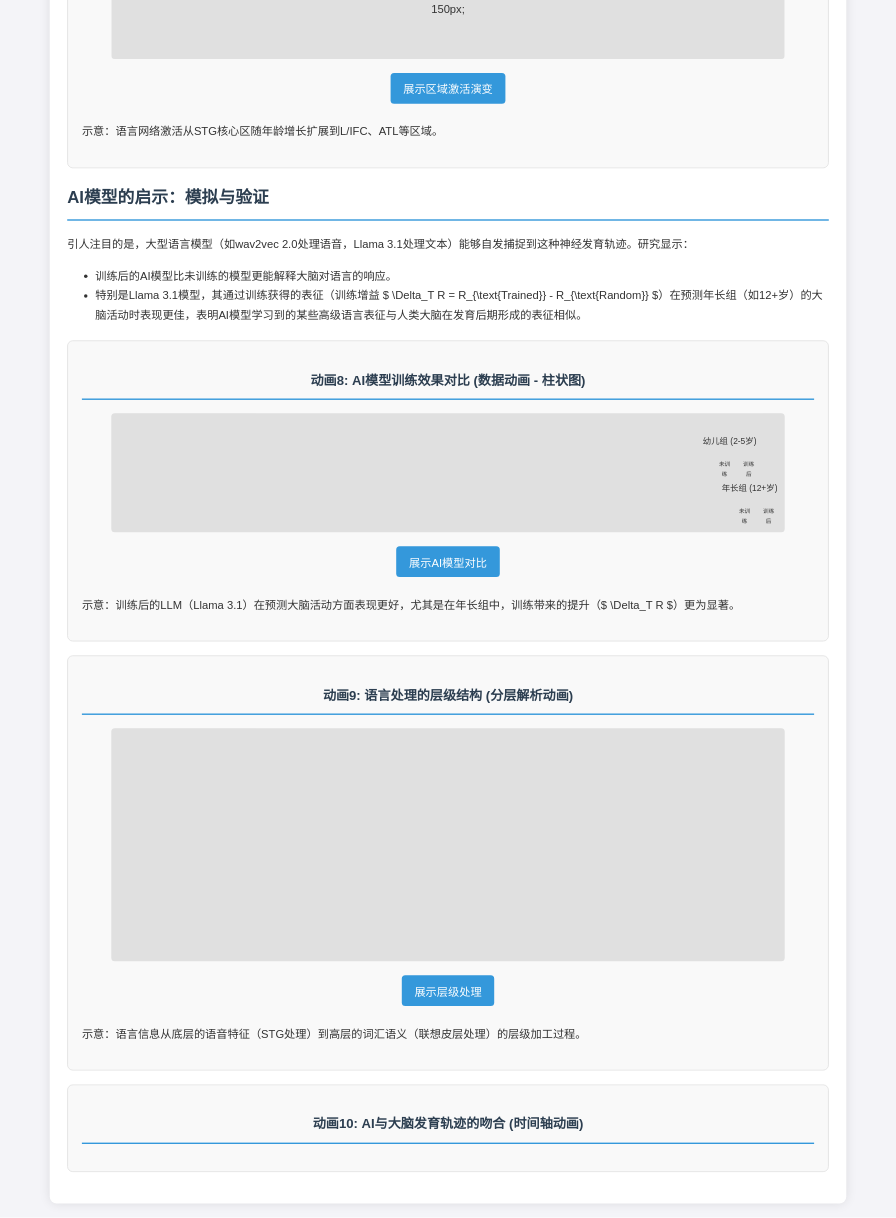
Repository: james130012/newcline
Page: useful/5.神经网络和年长大脑.html
These files come from the project's save history. The page is drawn as it stood at one moment and after the next save; the edit follows.
The browser window is 1280 px wide. The pictures show the part of the page from y = 3975 to 5895 px (the page is 5715 px tall before and 5895 px after), at 70% of full size.

Above is the page before, as saved 2025-05-16 08:05:17.

### useful/5.神经网络和年长大脑.html
<!DOCTYPE html>
<html lang="zh-CN">
<head>
    <meta charset="UTF-8">
    <meta name="viewport" content="width=device-width, initial-scale=1.0">
    <title>研究解读：语言在发育中大脑的涌现</title>
    <script src="https://unpkg.com/mathjax@3/es5/tex-mml-chtml.js" id="MathJax-script" async></script>
    <style>
        body {
            font-family: 'Arial', 'Helvetica Neue', 'Microsoft YaHei', sans-serif;
            line-height: 1.8;
            margin: 0;
            padding: 0;
            background-color: #f4f4f8;
            color: #333;
        }
        .container {
            width: 85%;
            margin: 20px auto;
            padding: 25px;
            background-color: #fff;
            box-shadow: 0 0 15px rgba(0,0,0,0.1);
            border-radius: 10px;
        }
        h1, h2, h3 {
            color: #2c3e50;
            border-bottom: 2px solid #3498db;
            padding-bottom: 10px;
        }
        h1 { text-align: center; }
        p { text-align: justify; }
        .animation-container {
            border: 1px solid #ddd;
            padding: 20px;
            margin: 20px 0;
            border-radius: 8px;
            background-color: #f9f9f9;
            text-align: center;
        }
        .animation-box {
            width: 90%;
            min-height: 150px;
            background-color: #e0e0e0;
            margin: 10px auto;
            padding:10px;
            border-radius: 5px;
            display: flex;
            align-items: center;
            justify-content: center;
            flex-direction: column;
            position: relative;
            overflow: hidden;
        }
        button {
            background-color: #3498db;
            color: white;
            border: none;
            padding: 10px 18px;
            text-align: center;
            text-decoration: none;
            display: inline-block;
            font-size: 16px;
            margin: 10px 5px;
            cursor: pointer;
            border-radius: 5px;
            transition: background-color 0.3s ease;
        }
        button:hover {
            background-color: #2980b9;
        }
        .hidden { display: none; }
        .fade-in { animation: fadeIn 1s ease-in-out; }
        @keyframes fadeIn {
            from { opacity: 0; }
            to { opacity: 1; }
        }
        .brain-outline {
            width: 100px;
            height: 100px;
            background-image: url('data:[embedded picture, 957 characters]');
            background-repeat: no-repeat;
            background-position: center;
            background-size: contain;
        }
        .sound-wave {
            width: 30px;
            height: 50px;
            background-image: url('data:[embedded picture, 235 characters]');
            animation: pulse 1.5s infinite;
            opacity: 0;
        }
        @keyframes pulse {
            0%, 100% { transform: scale(1); }
            50% { transform: scale(1.2); }
        }
        @keyframes pop-in {
            from { transform: scale(0); opacity: 0; }
            to { transform: scale(1); opacity: 1; }
        }
        .bar-chart-bar {
            background-color: #3498db;
            margin: 0 5px;
            display: inline-block;
            transition: height 1s ease-in-out;
            width: 30px;
            position: relative;
        }
        .bar-label {
            position: absolute;
            bottom: -20px;
            width: 100%;
            text-align: center;
            font-size: 10px;
        }
        .process-step {
            margin: 5px;
            padding: 10px;
            border: 1px solid #ccc;
            border-radius: 4px;
            display: inline-block;
            opacity: 0;
            transform: translateX(-20px);
            transition: opacity 0.5s, transform 0.5s;
        }
        .arrow {
            font-size: 20px;
            margin: 0 10px;
            opacity: 0;
            transition: opacity 0.5s 0.3s;
        }
        .flow-box {
            padding: 15px;
            border: 2px dashed #2ecc71;
            margin:10px;
            border-radius:5px;
            width:40%;
            text-align:center;
        }
        .line-graph-point {
            width: 8px;
            height: 8px;
            border-radius: 50%;
            position: absolute;
            background-color: red;
            opacity:0;
        }
        .legend-item {
            display:inline-block;
            margin-right:15px;
            font-size:12px;
        }
        .legend-color {
            width:12px;
            height:12px;
            display:inline-block;
            margin-right:5px;
            vertical-align:middle;
        }
        .brain-region {
            position:absolute;
            border:1px solid;
            border-radius:50%;
            padding:5px;
            font-size:10px;
            text-align:center;
            transition: background-color 0.5s, transform 0.5s;
        }
        .stg {
            top:40%;
            left:20%;
            width:30px;
            height:30px;
            background-color:#f39c12;
            border-color:#d35400;
        }
        .assoc-cortex {
            top:20%;
            left:50%;
            width:50px;
            height:50px;
            background-color:#3498db;
            border-color:#2980b9;
        }
        .hier-level {
            margin: 10px;
            padding: 10px;
            background-color: #ecf0f1;
            border-radius: 4px;
            border-left: 5px solid;
            transition: transform 0.5s, opacity 0.5s;
        }
        .phoneme-level { border-color: #e74c3c; }
        .word-level { border-color: #2ecc71; }
        .timeline {
            display: flex;
            justify-content: space-between;
            margin-top:10px;
            padding: 0 10%;
        }
        .timeline-event {
            opacity: 0;
            transition: opacity 1s;
            background-color: #95a5a6;
            color:white;
            padding:5px;
            border-radius:3px;
            font-size:12px;
        }
    </style>
</head>
<body>
    <div class="container">
        <h1>研究解读：语言在发育中大脑的涌现</h1>
        <p>本文基于 Linnea Evanson 等人于2025年5月12日发表的研究《Emergence of Language in the Developing Brain》，从物理和逻辑层面探讨儿童、青少年及成人在语言发展过程中大脑神经机制的奥秘。</p>

        <h2>引言：语言习得的奇迹</h2>
        <p>儿童仅凭数百万词汇的输入便能掌握复杂的语言，这一能力令人惊叹，但其背后的大脑机制仍有许多未知。该研究通过先进的神经科学技术和计算模型，旨在揭示语言表征在不同年龄段大脑中的位置、动态及其发展层级。</p>

        <div class="animation-container">
            <h3>动画1: 研究核心探索 (概念动画)</h3>
            <div class="animation-box" id="anim1-box">
                <div class="brain-outline" id="anim1-brain"></div>
                <div class="sound-wave" id="anim1-sound" style="left: 20%;"></div>
                <div id="anim1-text" class="word-bubble hidden" style="margin-top:10px;">大脑如何处理和学习语言？</div>
            </div>
            <button onclick="playAnim1()">播放动画</button>
            <p>示意：声波进入大脑，大脑特定区域被激活，展现语言处理过程。</p>
        </div>

        <h2>研究方法：多维度解析</h2>
        <p>研究团队记录了46名因癫痫监测而植入颅内电极的参与者（年龄从2岁到46岁不等）在聆听法语有声书《小王子》时的神经活动数据，涉及超过7400个电极。他们运用了基于语言学理论和大型语言模型（LLMs）的神经编码与解码模型来分析这些数据。</p>

        <div class="animation-container">
            <h3>动画2: 被试年龄分布 (数据动画)</h3>
            <div class="animation-box" id="anim2-box" style="display:flex; align-items:flex-end; height:120px;">
                <div id="bar_2_5" class="bar-chart-bar" style="height:0px; background-color:#1abc9c;"><span class="bar-label">2-5岁 (n=10)</span></div>
                <div id="bar_6_11" class="bar-chart-bar" style="height:0px; background-color:#3498db;"><span class="bar-label">6-11岁 (n=16)</span></div>
                <div id="bar_12_plus" class="bar-chart-bar" style="height:0px; background-color:#9b59b6;"><span class="bar-label">12+岁 (n=20)</span></div>
            </div>
            <button onclick="playAnim2()">展示数据</button>
            <p>示意：柱状图展示三个年龄组的被试数量。2-5岁组有10名参与者，6-11岁组有16名，12岁以上组有20名。</p>
        </div>

        <div class="animation-container">
            <h3>动画3: 实验流程示意 (流程动画)</h3>
            <div class="animation-box" id="anim3-box">
                <span id="anim3-step1" class="process-step">儿童/成人被试</span>
                <span id="anim3-arrow1" class="arrow">&rarr;</span>
                <span id="anim3-step2" class="process-step">听《小王子》有声书</span>
                <span id="anim3-arrow2" class="arrow">&rarr;</span>
                <span id="anim3-step3" class="process-step">颅内脑电(SEEG)记录</span>
            </div>
            <button onclick="playAnim3()">展示流程</button>
            <p>示意：被试听故事，同时记录其大脑神经活动。</p>
        </div>

        <div class="animation-container">
            <h3>动画4: 神经编码与解码模型 (概念/流程动画)</h3>
            <div class="animation-box" id="anim4-box" style="flex-direction: row; justify-content: space-around;">
                <div id="anim4-encoding" class="flow-box hidden">
                    <h4>编码 (Encoding)</h4>
                    语言特征 &rarr; 模型 &rarr; 预测大脑活动
                    <p style="font-size:12px;">$ \text{预测脑活动} \approx W \cdot \overline{Y}_{\text{语言特征}} $</p>
                    <p style="font-size:10px;">目标: $ \min_W ||X - \overline{Y}W||^2 + \lambda_c ||W||^2 $</p>
                </div>
                <div id="anim4-decoding" class="flow-box hidden">
                    <h4>解码 (Decoding)</h4>
                    大脑活动 &rarr; 模型 &rarr; 预测语言特征
                    <p style="font-size:12px;">$ \text{预测语言特征} \approx V \cdot \overline{X}_{\text{脑活动}} $</p>
                </div>
            </div>
            <button onclick="playAnim4('encoding')">理解编码</button>
            <button onclick="playAnim4('decoding')">理解解码</button>
            <p>示意：编码是将语言特征映射到大脑活动，解码则相反。</p>
        </div>

        <h2>核心发现：语言表征的动态发展</h2>
        <p>研究发现，即便在2-5岁的幼儿大脑中，也已存在广泛的语言特征表征。然而，这些表征会随着年龄增长而演化：</p>
        <ul>
            <li><b>快速语音特征（如音素）</b>：在最年幼的个体（2-5岁）的颞上回（STG）就已出现。</li>
            <li><b>较慢的词级表征</b>：仅在年龄较大的个体（如12岁以上）的联想皮层中才涌现。</li>
        </ul>

        <div class="animation-container">
            <h3>动画5: 语音与词汇表征的年龄差异 (空间结构动画)</h3>
            <div class="animation-box" id="anim5-box">
                <div style="text-align:center; margin-bottom:10px;">
                    <span class="legend-item"><span class="legend-color" style="background-color:#f39c12;"></span>语音表征 (STG)</span>
                    <span class="legend-item"><span class="legend-color" style="background-color:#3498db;"></span>词汇表征 (联想皮层)</span>
                </div>
                <div id="anim5-brain-young" class="brain-outline" style="display:inline-block; margin-right:20px; position:relative;">
                    <div class="brain-region stg" id="anim5-young-phonetic" style="opacity:0;"></div>
                    <div class="brain-region assoc-cortex" id="anim5-young-word" style="opacity:0; background-color:#aed6f1;"></div>
                    <p style="font-size:12px; margin-top:105px;">2-5岁</p>
                </div>
                <div id="anim5-brain-older" class="brain-outline" style="display:inline-block; position:relative;">
                    <div class="brain-region stg" id="anim5-older-phonetic" style="opacity:0;"></div>
                    <div class="brain-region assoc-cortex" id="anim5-older-word" style="opacity:0;"></div>
                    <p style="font-size:12px; margin-top:105px;">12+岁</p>
                </div>
            </div>
            <button onclick="playAnim5()">对比表征区域</button>
            <p>示意：幼儿的颞上回（STG）已处理语音，而词汇表征在年长者联想皮层更显著。</p>
        </div>

        <p>在时间动态上，语音特征的神经响应在音素出现前即开始，约150毫秒达到峰值后迅速回落。相比之下，词汇特征的神经响应在词语出现前1秒便开始上升，约350毫秒达到峰值，并持续长达2秒。</p>

        <div class="animation-container">
            <h3>动画6: 语言特征的时间动态 (数据动画 - 曲线图)</h3>
            <div class="animation-box" id="anim6-box" style="height:150px;">
                <svg width="90%" height="130" style="border:1px solid #ccc; background-color:white;">
                    <line x1="10" y1="110" x2="280" y2="110" stroke="black" stroke-width="1"/>
                    <line x1="10" y1="10" x2="10" y2="110" stroke="black" stroke-width="1"/>
                    <polyline id="anim6-phonetic-curve" points="" stroke="#e74c3c" stroke-width="2" fill="none" style="opacity:0;"/>
                    <polyline id="anim6-lexical-curve" points="" stroke="#2980b9" stroke-width="2" fill="none" style="opacity:0;"/>
                    <text x="50" y="125" font-size="10">0ms</text>
                    <text x="100" y="125" font-size="10">150ms</text>
                    <text x="150" y="125" font-size="10">350ms</text>
                    <text x="200" y="125" font-size="10">~1s</text>
                </svg>
                <div style="text-align:center; margin-top:5px;">
                    <span class="legend-item"><span class="legend-color" style="background-color:#e74c3c;"></span>语音特征</span>
                    <span class="legend-item"><span class="legend-color" style="background-color:#2980b9;"></span>词汇特征</span>
                </div>
            </div>
            <button onclick="playAnim6()">展示时间曲线</button>
            <p>示意：语音特征响应快而短暂，词汇特征响应慢而持久。</p>
        </div>

        <p>从大脑区域来看，语言表征网络随着年龄增长而扩展。年幼组（2-5岁）在颞上回（STG）有清晰的语言表征，但在顶下小叶（IPL）、外侧/额下皮层（L/IFC）和颞前叶（ATL）的表征相较于年长组则不明显或缺失。这表明语言功能从核心区域逐渐扩展到更广泛的皮层网络。</p>

        <div class="animation-container">
            <h3>动画7: 大脑区域贡献的演变 (网络/空间动画)</h3>
            <div class="animation-box" id="anim7-box" style="background-image: url('data:[embedded picture, 914 characters]');
                background-repeat: no-repeat;
                background-position: center;
                background-size: contain;
                position: relative;
                height: 150px;
            </div>
            <div id="anim7-status" style="position:absolute; top:5px; left:5px; font-size:14px; background:rgba(255,255,255,0.7); padding:3px;">年龄: 2-5岁</div>
            <button onclick="playAnim7()">展示区域激活演变</button>
            <p>示意：语言网络激活从STG核心区随年龄增长扩展到L/IFC、ATL等区域。</p>
        </div>

        <h2>AI模型的启示：模拟与验证</h2>
        <p>引人注目的是，大型语言模型（如wav2vec 2.0处理语音，Llama 3.1处理文本）能够自发捕捉到这种神经发育轨迹。研究显示：</p>
        <ul>
            <li>训练后的AI模型比未训练的模型更能解释大脑对语言的响应。</li>
            <li>特别是Llama 3.1模型，其通过训练获得的表征（训练增益 $ \Delta_T R = R_{\text{Trained}} - R_{\text{Random}} $）在预测年长组（如12+岁）的大脑活动时表现更佳，表明AI模型学习到的某些高级语言表征与人类大脑在发育后期形成的表征相似。</li>
        </ul>

        <div class="animation-container">
            <h3>动画8: AI模型训练效果对比 (数据动画 - 柱状图)</h3>
            <div class="animation-box" id="anim8-box" style="display:flex; align-items:flex-end; height:120px;">
                <div style="margin-right:30px;">
                    <p style="font-size:12px; margin-bottom:5px;">幼儿组 (2-5岁)</p>
                    <div id="bar_young_untrained" class="bar-chart-bar" style="height:0px; background-color:#f1c40f; width:20px;"><span class="bar-label" style="font-size:8px;">未训练</span></div>
                    <div id="bar_young_trained" class="bar-chart-bar" style="height:0px; background-color:#e67e22; width:20px;"><span class="bar-label" style="font-size:8px;">训练后</span></div>
                </div>
                <div>
                    <p style="font-size:12px; margin-bottom:5px;">年长组 (12+岁)</p>
                    <div id="bar_old_untrained" class="bar-chart-bar" style="height:0px; background-color:#f1c40f; width:20px;"><span class="bar-label" style="font-size:8px;">未训练</span></div>
                    <div id="bar_old_trained" class="bar-chart-bar" style="height:0px; background-color:#e67e22; width:20px;"><span class="bar-label" style="font-size:8px;">训练后</span></div>
                </div>
            </div>
            <button onclick="playAnim8()">展示AI模型对比</button>
            <p>示意：训练后的LLM（Llama 3.1）在预测大脑活动方面表现更好，尤其是在年长组中，训练带来的提升（$ \Delta_T R $）更为显著。</p>
        </div>

        <div class="animation-container">
            <h3>动画9: 语言处理的层级结构 (分层解析动画)</h3>
            <div class="animation-box" id="anim9-box">
                <div id="anim9-level1" class="hier-level phoneme-level" style="opacity:0;">输入: "猫" (语音信号)</div>
                <div id="anim9-arrow1" style="font-size:24px; margin:5px 0; opacity:0;">&darr;</div>
                <div id="anim9-level2" class="hier-level phoneme-level" style="opacity:0;">初级处理 (STG): 音素 /m/, /aʊ/</div>
                <div id="anim9-arrow2" style="font-size:24px; margin:5px 0; opacity:0;">&darr;</div>
                <div id="anim9-level3" class="hier-level word-level" style="opacity:0;">高级处理 (联想皮层): 词义 "猫"</div>
            </div>
            <button onclick="playAnim9()">展示层级处理</button>
            <p>示意：语言信息从底层的语音特征（STG处理）到高层的词汇语义（联想皮层处理）的层级加工过程。</p>
        </div>

        <div class="animation-container">
            <h3>动画10: AI与大脑发育轨迹的吻合 (时间轴动画)</h3>

After the next save:
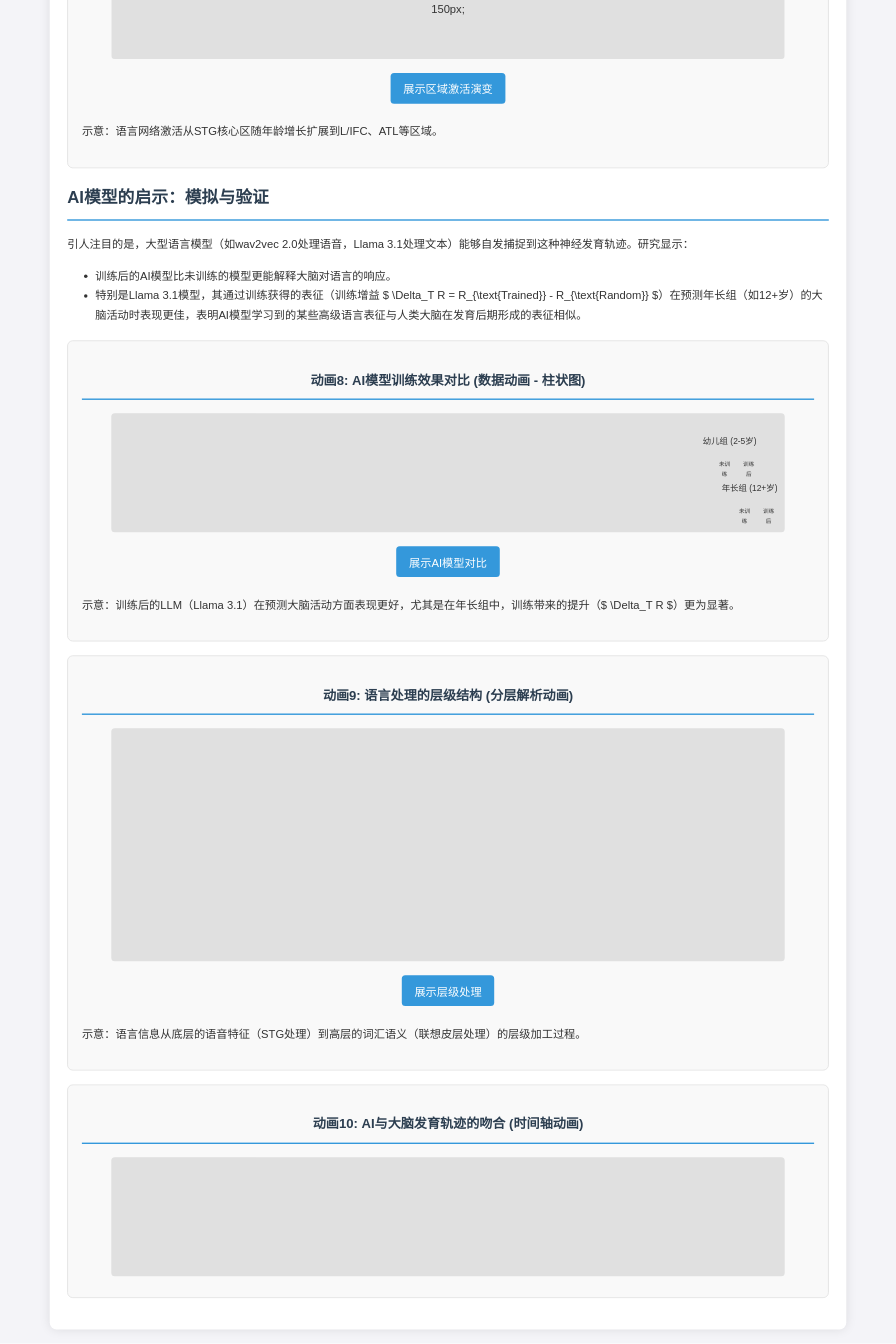
Saved 4 s later.
--- a/useful/5.神经网络和年长大脑.html
+++ b/useful/5.神经网络和年长大脑.html
@@ -383,3 +383,4 @@
 
         <div class="animation-container">
             <h3>动画10: AI与大脑发育轨迹的吻合 (时间轴动画)</h3>
+            <div class="animation-box" id="anim10-box" style="flex-direction:column;">
